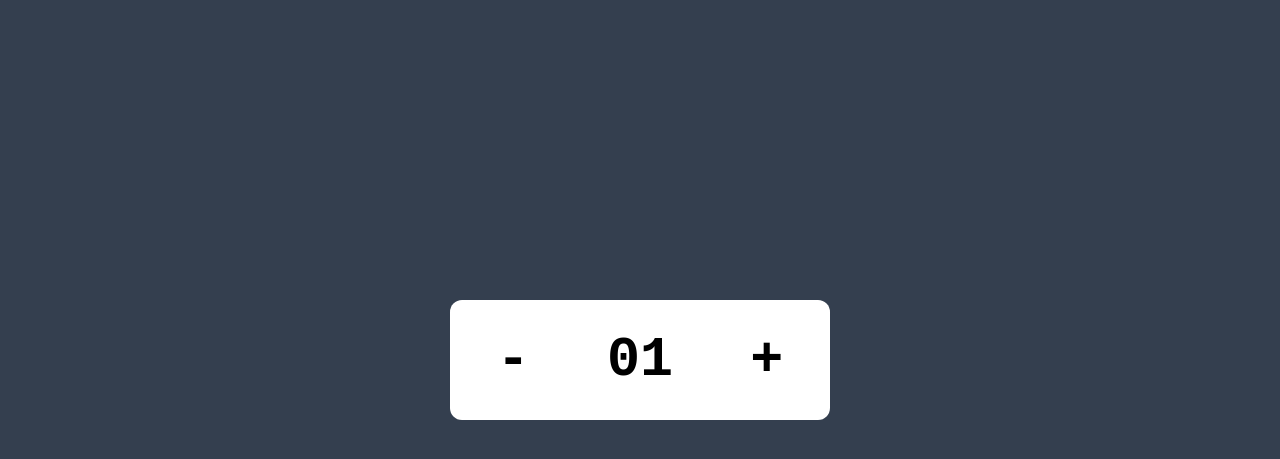
Repository: HueVu99/ComPonents
Page: Button with Increment and Decrement Number/index.html
These files come from the project's save history. The page is drawn as it stood at one moment and after a run of saves; the edit follows.
The browser window is 1280 px wide. The pictures show the whole page.

Above is the page before, as saved 2022-07-08 08:25:25.

### Button with Increment and Decrement Number/index.html
<!DOCTYPE html>
<html lang="en">
<head>
    <meta charset="UTF-8">
    <meta http-equiv="X-UA-Compatible" content="IE=edge">
    <meta name="viewport" content="width=device-width, initial-scale=1.0">
    <title>Document</title>
    <link rel="stylesheet" href="style.css">
</head>
<body>
    <div class="wrapper">
        <span class="minus">-</span>
        <span class="num">01</span>
        <span class="plus">+</span>
    </div>
</body>
</html>

### Button with Increment and Decrement Number/style.css
*{
    margin: 0;
    padding:  0;
    box-sizing: border-box;
    font-family: 'Courier New', Courier, monospace;
}
body{
    height: 100vh;
    width: 100%;
    display: flex;
    align-items: center;
    justify-content: center;
    background: #343F4F;
}
.wrapper{
height: 120px;
min-width: 380px;
display: flex;
align-items: center;
justify-content: center;
background: #FFF;
border-radius: 12px;
box-shadow: 0 5px 10;
}
.wrapper span{
    width: 100%;
    text-align: center;
    font-size: 55px;
    font-weight: 600;
}
.wrapper span.num{
font-size: ;
}
.minus{

}
.num{

}
.plus{

}

After the next 4 saves:
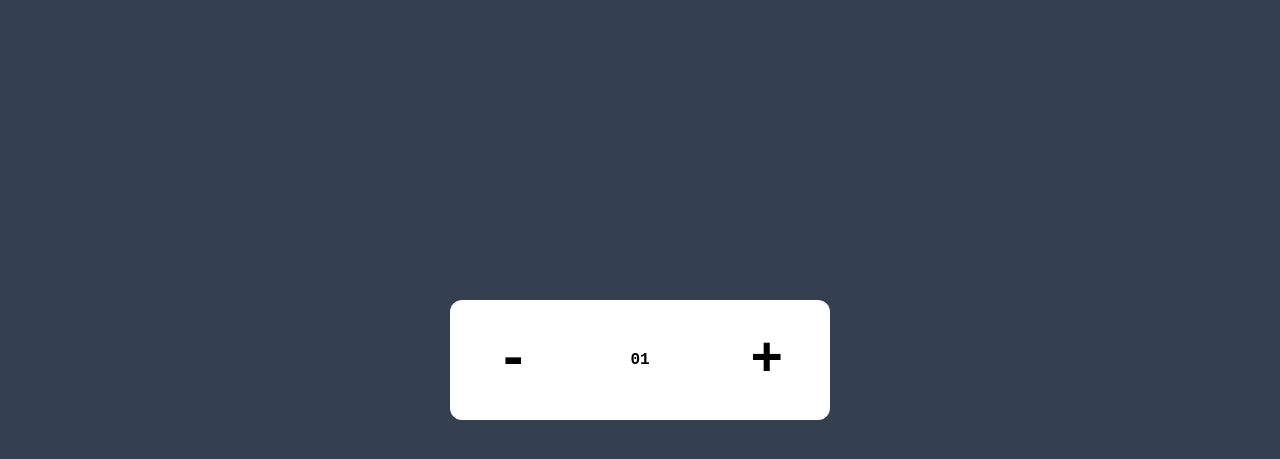
The 4 saves are shown as one change because they came seconds apart.
The last was saved 8 s later.
--- a/Button with Increment and Decrement Number/style.css
+++ b/Button with Increment and Decrement Number/style.css
@@ -29,7 +29,8 @@
     font-weight: 600;
 }
 .wrapper span.num{
-font-size: ;
+font-size: 100%;
+b
 }
 .minus{
 
